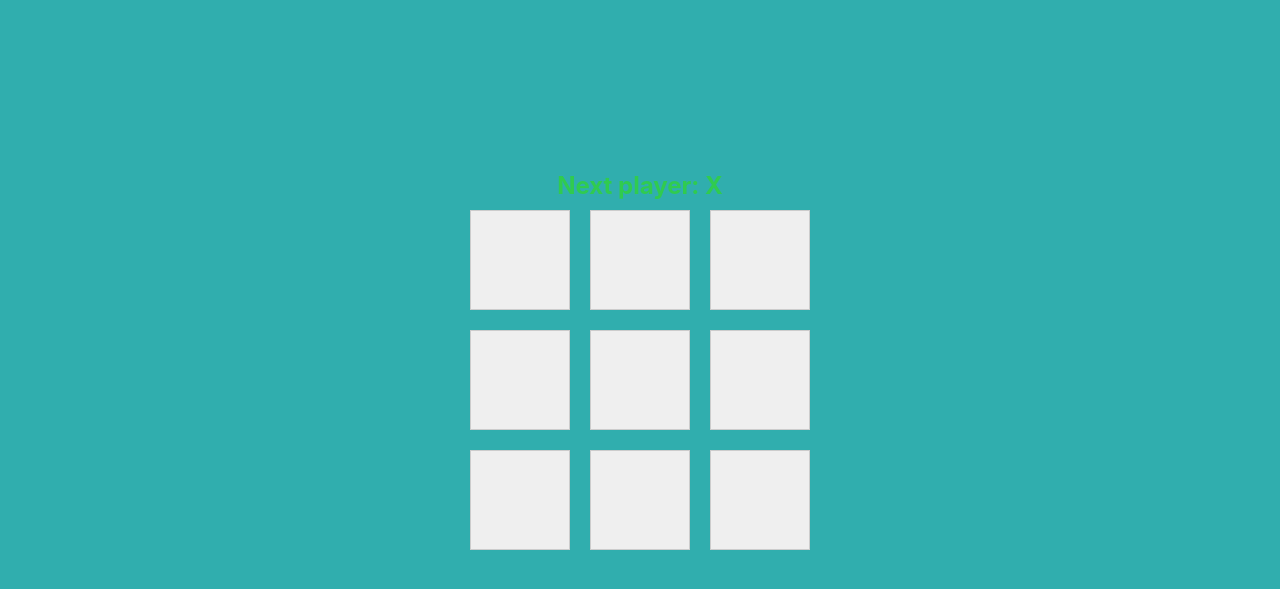
Repository: sedat-akdogan/React_Revision
Page: / (app in tic-tac-toe/)
These files come from the project's save history. The page is drawn as it stood at one moment and after a run of saves; the edit follows.
The browser window is 1280 px wide. The pictures show the whole page.
The project was rebuilt for these pictures with package versions that can differ from the ones it lists, and the page was loaded fresh each time.

Above is the page before, as saved 2023-05-13 00:53:08.

After the next 8 saves:
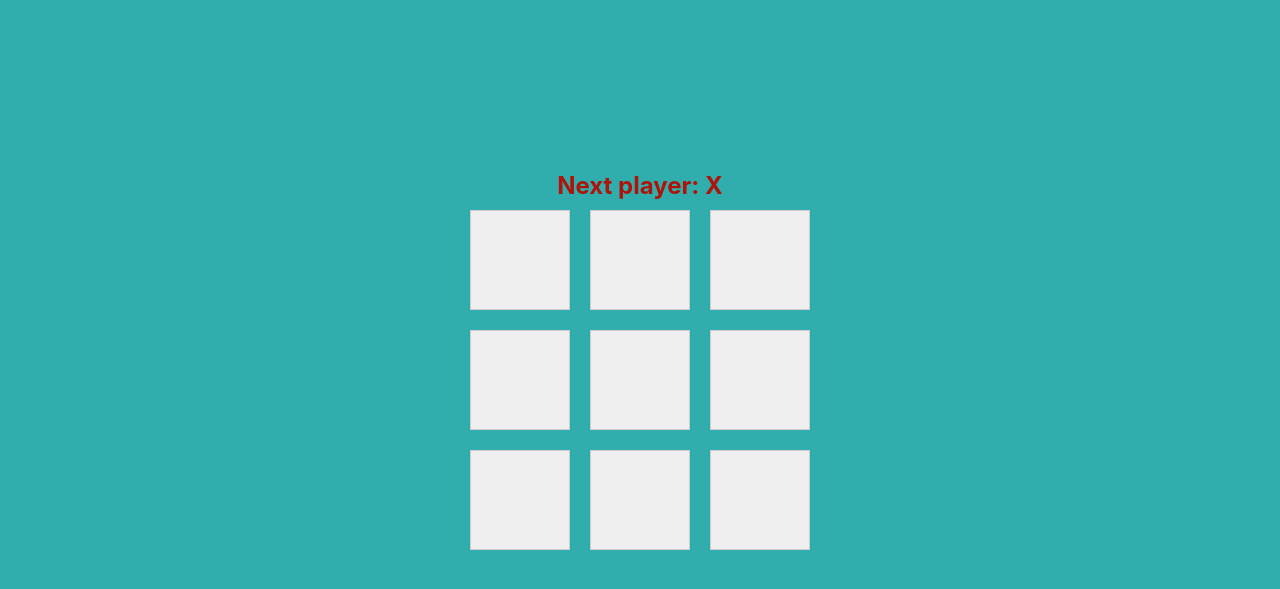
The 8 saves are shown as one change because they came seconds apart.
The last was saved 21 s later.
--- a/tic-tac-toe/src/index.css
+++ b/tic-tac-toe/src/index.css
@@ -44,7 +44,7 @@ code {
 }
 
 .status {
-    color: rgb(48, 203, 79);
+    color: rgb(174, 20, 9);
     font-size: 24px;
     font-weight: bold;
 }
